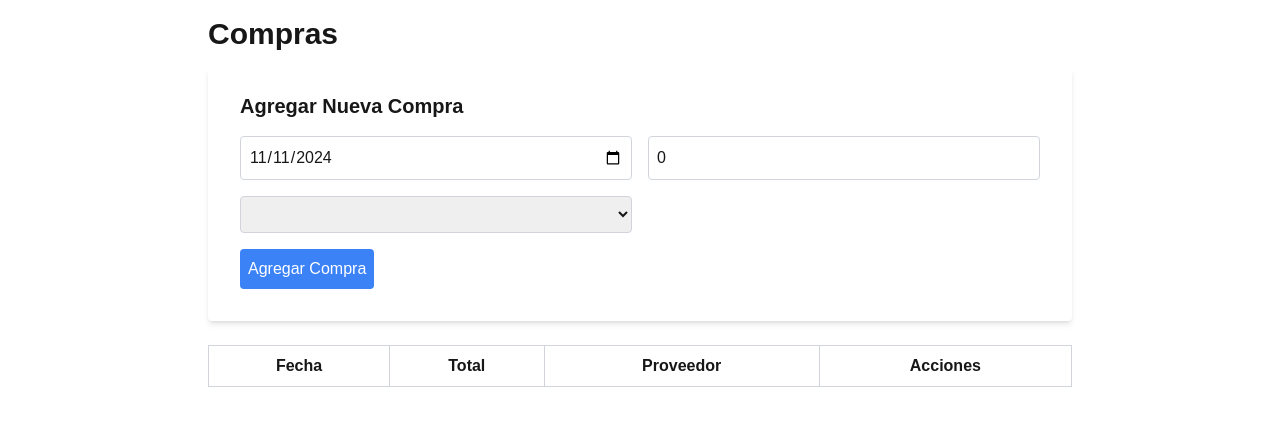
Repository: manucavallera/Sistema-Gestion
Page: /compras
The author's editor kept a copy of each file at every save. The page is drawn from the files as they stood at one save, then again after the next save.
The browser window is 1280 px wide. The pictures show the whole page.
The page's requests for data from a server got no answer. The project was rebuilt for these pictures with package versions that can differ from the ones it lists, and the page was loaded fresh each time. The framework's server and built-in components were replaced by stand-ins that run in the browser. No one was signed in, and anything a server would have sent is missing. Also part of the build but not shown: next.config.mjs.

Above is the page before, as saved 2024-11-12 21:05:05.

After the next save:
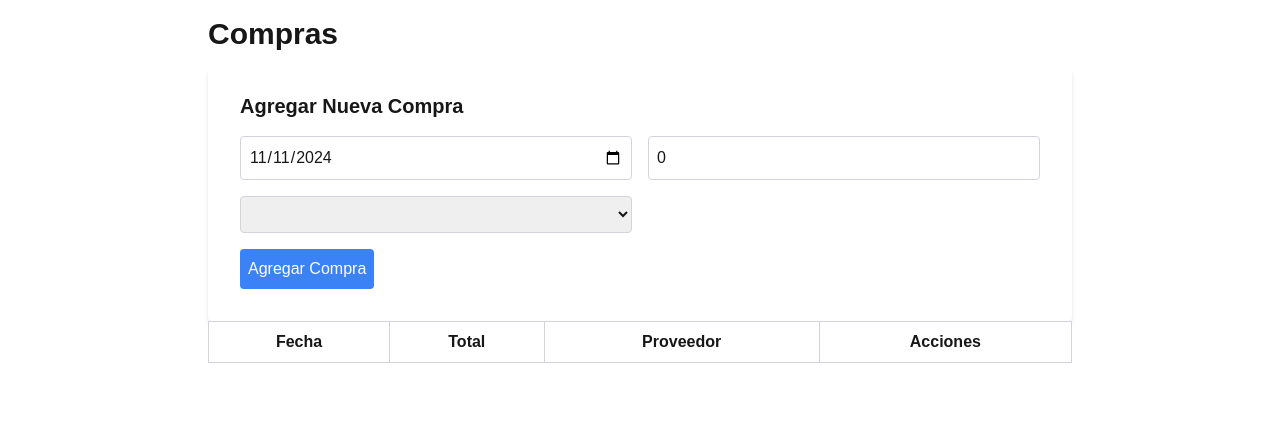
Saved 3 min 7 s later.
--- a/src/app/compras/page.tsx
+++ b/src/app/compras/page.tsx
@@ -11,18 +11,18 @@ interface Compra {
   fecha: string;
   total: number;
   proveedorId: number;
-  proveedor: Proveedor; // Proveedor es obligatorio
+  proveedor: Proveedor | null; // Proveedor puede ser nulo
 }
 
 const ComprasPage = () => {
   const [compras, setCompras] = useState<Compra[]>([]);
   const [proveedores, setProveedores] = useState<Proveedor[]>([]);
   const [nuevaCompra, setNuevaCompra] = useState<Compra>({
-    id: 0, // Solo se usa para editar
+    id: 0,
     fecha: new Date().toISOString().split("T")[0],
     total: 0,
-    proveedorId: 0, // Inicialmente sin proveedor
-    proveedor: { id: 0, razonSocial: "" }, // Inicializa con un objeto por defecto
+    proveedorId: 0,
+    proveedor: null, // Inicializa como nulo
   });
   const [isEditing, setIsEditing] = useState(false);
 
@@ -55,7 +55,7 @@ const ComprasPage = () => {
       setNuevaCompra((prev) => ({
         ...prev,
         proveedorId: Number(value),
-        proveedor: selectedProveedor || { id: 0, razonSocial: "" }, // Manejo de caso donde no se encuentra el proveedor
+        proveedor: selectedProveedor || null, // Manejo de caso donde no se encuentra el proveedor
       }));
     } else {
       setNuevaCompra((prev) => ({ ...prev, [name]: value }));
@@ -110,7 +110,7 @@ const ComprasPage = () => {
       fecha: new Date().toISOString().split("T")[0],
       total: 0,
       proveedorId: 0,
-      proveedor: { id: 0, razonSocial: "" }, // Reinicia el proveedor
+      proveedor: null, // Reinicia el proveedor
     });
     setIsEditing(false);
   };
@@ -137,7 +137,7 @@ const ComprasPage = () => {
       <h1 className='text-3xl font-bold mb-4'>Compras</h1>
       <form
         onSubmit={handleSubmit}
-        className='mb-6 bg-white shadow-md rounded px-8 pt-6 pb-8'
+        className='mb -6 bg-white shadow-md rounded px-8 pt-6 pb-8'
       >
         <h2 className='text-xl font-semibold mb-4'>
           {isEditing ? "Editar Compra" : "Agregar Nueva Compra"}
@@ -201,7 +201,9 @@ const ComprasPage = () => {
               </td>
               <td className='border border-gray-300 p-2'>{compra.total}</td>
               <td className='border border-gray-300 p-2'>
-                {compra.proveedor.razonSocial}
+                {compra.proveedor
+                  ? compra.proveedor.razonSocial
+                  : "Proveedor no disponible"}
               </td>
               <td className='border border-gray-300 p-2'>
                 <button
